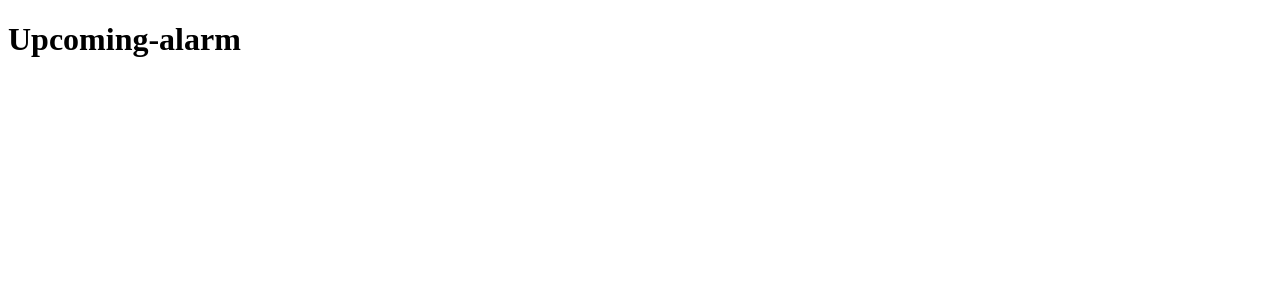
Repository: sarveshv9/Pill-Dispenser-Alert
Page: upcoming.html
An editor plug-in stored every save of this project. The page is shown before and after the next save, followed by the edit.
The browser window is 1280 px wide. The pictures show the whole page.
The page's requests for data from a server got no answer.

Above is the page before, as saved 2025-03-16 14:51:56.

After the next save:
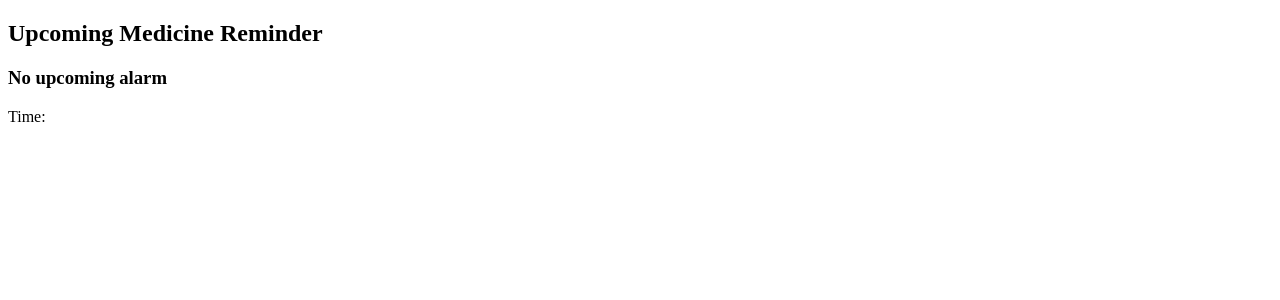
Saved 48 min 43 s later.
--- a/upcoming.html
+++ b/upcoming.html
@@ -3,9 +3,65 @@
 <head>
     <meta charset="UTF-8">
     <meta name="viewport" content="width=device-width, initial-scale=1.0">
-    <title>upcoming-alarm</title>
+    <title>Upcoming Alarms</title>
 </head>
 <body>
-    <h1>Upcoming-alarm</h1>
+    <h2>Upcoming Medicine Reminder</h2>
+    <div id="upcoming-alarm">
+        <h3 id="medicine-name">No upcoming alarm</h3>
+        <p>Time: <span id="alarm-time"></span></p>
+        <img id="medicine-image" src="" alt="Medicine Image" style="max-width:200px; display:none;">
+        <audio id="alarm-sound" src="alarm.mp3" preload="auto"></audio>
+        <button id="stop-alarm" style="display:none;" onclick="stopAlarm()">Stop Alarm</button>
+    </div>
+
+    <script>
+        let alarmTriggered = false;
+
+        function fetchUpcomingAlarm() {
+            fetch('/get_upcoming_alarms')
+            .then(response => response.json())
+            .then(data => {
+                if (data.length > 0) {
+                    let alarm = data[0];  // Get the next upcoming alarm
+                    let currentTime = new Date().toLocaleTimeString([], { hour: '2-digit', minute: '2-digit' });
+
+                    document.getElementById("medicine-name").innerText = alarm.medicine;
+                    document.getElementById("alarm-time").innerText = alarm.time;
+                    document.getElementById("medicine-image").src = alarm.image;
+                    document.getElementById("medicine-image").style.display = "block";
+
+                    // If it's time for the alarm and it hasn't been triggered yet
+                    if (alarm.time === currentTime && !alarmTriggered) {
+                        playAlarm();
+                        alarmTriggered = true; // Prevent multiple triggers
+                    }
+                } else {
+                    document.getElementById("medicine-name").innerText = "No upcoming alarms";
+                    document.getElementById("alarm-time").innerText = "";
+                    document.getElementById("medicine-image").style.display = "none";
+                }
+            });
+        }
+
+        function playAlarm() {
+            let audio = document.getElementById("alarm-sound");
+            audio.play();
+            document.getElementById("stop-alarm").style.display = "block";
+        }
+
+        function stopAlarm() {
+            let audio = document.getElementById("alarm-sound");
+            audio.pause();
+            audio.currentTime = 0;
+            document.getElementById("stop-alarm").style.display = "none";
+
+            // Optional: Mark the alarm as completed in the database
+            fetch('/mark_alarm_completed', { method: 'POST' });
+        }
+
+        fetchUpcomingAlarm();
+        setInterval(fetchUpcomingAlarm, 60000); // Check every minute
+    </script>
 </body>
 </html>
